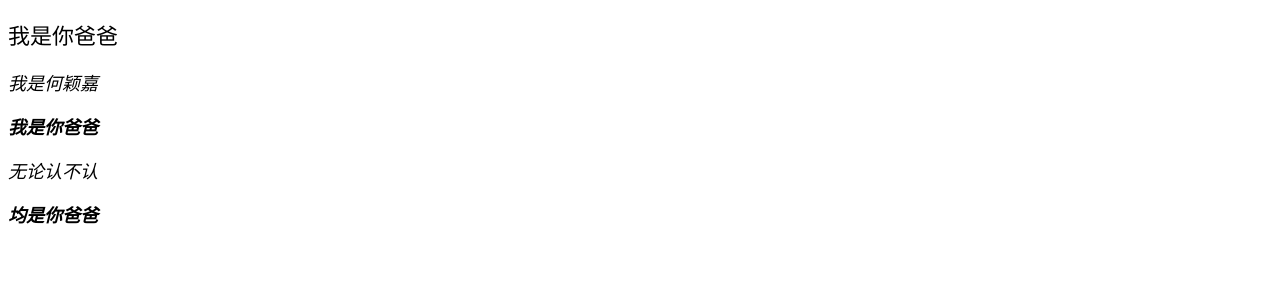
Repository: TheBestBadGuy0228/code
Page: css中的字体属性.HTML
An editor plug-in stored every save of this project. The page is shown before and after the next save, followed by the edit.
The browser window is 1280 px wide. The pictures show the whole page.

Above is the page before, as saved 2021-09-29 09:57:46.

### css中的字体属性.HTML
<!-- /*
 * @Author: Xiao
 * @Date: 2021-09-28 15:34:50
 * @Last Modified by:   Xiao
 * @Last Modified time: 2021-09-28 15:34:50
 */ -->
<!DOCTYPE html>
<html lang=zh-CN">
<head>
    <meta charset="UTF-8">
    <meta http-equiv="X-UA-Compatible" content="IE=edge">
    <meta name="viewport" content="width=device-width, initial-scale=1.0">
    <title>css中的字体属性</title>
    <style>
        h2 {
            font-family: "Microsoft YaHei";
            font-size: 22px;
            font-weight: 400;
        }

        .Weight {
            /* font-weight: bold;
这个700的后面不要跟单位等价于bold都是加粗的效果*实际开发中，我们跟提倡使用数字表示加粗或者变细* */

            font-weight: 700;

        }

        p {
            font-family: 'Courier New', Courier, monospace;
            font-size: 18px;
             font-style: italic; /* 斜体 */
        }
    </style>
</head>
<body>
    <!-- CSS Fonts（字体）属性用于定义字体系列、大小、粗细、和文字样式（如斜体）。
字体系列
CSS使用font-family属性定义文本的字体系列。
    p {
        font-family："微软雅黑"；
    }
    div {
        font-family： Arial，"Microsoft Yahei"，"微软雅黑"；
    }
各种字体之间必须使用英文状态下的逗号隔开
一般情况下，如果有空格隔开的多个单词组成的字体加引号，
尽量使用系统默认自带字体，保证在任何用户的浏览器中都能正确显示
最常见的几个字体：body{font-family：.'Microsoft YaHei'，tahoma，arial，'Hiragino Sans GB'；}

字体大小
CSS使用font-size属性定义字体大小。
    p {
        font-size:20px;
    }
px（像素）大小是我们网页的最常用的单位
谷歌浏览器默认的文字大小为16px，不同浏览器可能默认显示的字号大小不一致，我们尽量给一个明确值大小，不要默认大小可以给body指定整个页面文字的大小 -->

    <!-- CSS使用font-weight属性设置文本字体的粗细，
p {
font-weight: bold;
}
属性值          描述
normal      默认值（不加粗的）
bold        定义粗体（加粗的）
100-900     400等同于normal，而700等同于bold注意这个数字后面不跟单位

学会让加粗标签（比如h和strong等）不加粗，或者其他标签加粗
实际开发时，我们更喜欢用数字表示粗细
-->

    <h2>我是你爸爸</h2>
    <p>我是何颖嘉</p>
    <strong>
        <p>我是你爸爸</p>
    </strong>
    <p>无论认不认</p>
    <p class="Weight">均是你爸爸</p>
</body>
</html>

After the next save:
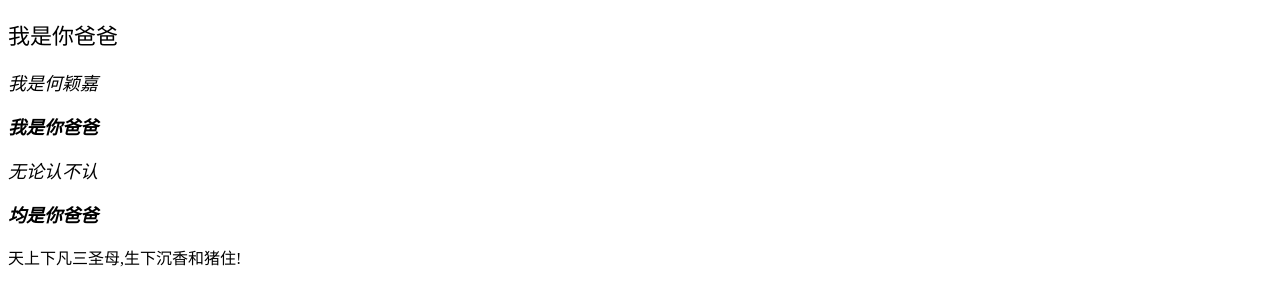
Saved 2 min 27 s later.
--- a/css中的字体属性.HTML
+++ b/css中的字体属性.HTML
@@ -30,6 +30,9 @@
             font-family: 'Courier New', Courier, monospace;
             font-size: 18px;
              font-style: italic; /* 斜体 */
+        }
+        em {
+            font-style: normal;
         }
     </style>
 </head>
@@ -76,5 +79,6 @@ bold        定义粗体（加粗的）
     </strong>
     <p>无论认不认</p>
     <p class="Weight">均是你爸爸</p>
+    <em>天上下凡三圣母,生下沉香和猪住!</em>
 </body>
 </html>
